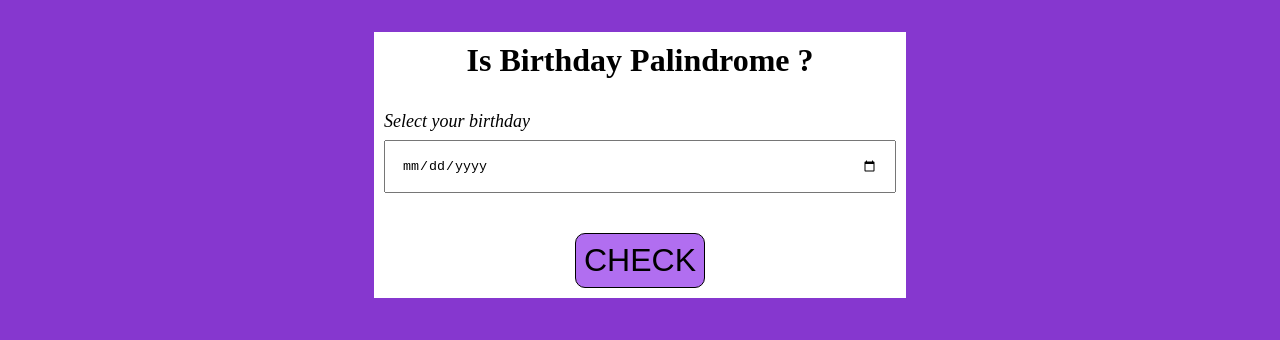
Repository: patelamancode/Palindrome-Birthday
Page: index.html
These files come from the project's save history. The page is drawn as it stood at one moment and after the next save; the edit follows.
The browser window is 1280 px wide. The pictures show the whole page.

Above is the page before, as saved 2022-12-02 20:01:38.

### index.html
<!DOCTYPE html>
<html lang="en">
<head>
    <meta charset="UTF-8">
    <meta http-equiv="X-UA-Compatible" content="IE=edge">
    <meta name="viewport" content="width=device-width, initial-scale=1.0">
    <link rel="stylesheet" href="index.css">
    <title>Is Birthday A Palindrome</title>
</head>
<body>
    <div id="main-container">
        <h1>Is Birthday Palindrome ?</h1>
        <label for="birth date">Select your birthday</label>
        <input type="date" id="selected-dob" />
        <button id="check-btn">CHECK</button>
        <h2 id="result-display">Hey Result is here</h2>
    </div>
    <script src="index.js"></script>
</body>
</html>

### index.css
* {
    margin: 0;
    padding: 0;
  }
  body {
    background-color: rgb(134, 55, 207);
  }

  #main-container {
    background-color: white;
    display: flex;
    flex-direction: column;
    width: 40vw;
    margin: auto;
    margin-top: 2rem;
    padding: 10px;
    text-align: center;
    box-shadow: 3px 3px rgb(175, 120, 120), -1em -1em -1em olive;
  }

  .app-title {
    margin: 2rem 0;
  }

  label {
    width: auto;
    text-align: left;
    font-style: italic;
    font-size: large;
    margin-top: 2rem;
    margin-bottom: 0.5rem;
  }

  input{
     padding: 1rem;
  }

  button {
    margin: auto;
    margin-top: 2.5rem;
    padding: 0.5rem;
    font-size: 2rem;
    font-weight: 500;
     font-weight: 300;
    border: 1px solid;
    background-color: rgb(177, 110, 240);
    border-radius: 10px;
  }
  #result-display {
    display: none;
    padding-top: 1rem;
    font-style: italic;
    margin: auto;
  }

### index.js
var dob = document.querySelector('#selected-dob');
var checkBtn = document.querySelector('#check-btn');
var result = document.querySelector('#result-display');

function reverseString(str) {
    return str.split("").reverse().join("");
}

function isPalindrome(str) {
    return str === reverseString(str);
}

function dateString(date) {
    var dateStr = {
        day: "",
        month: "",
        year: ""
    };
    if (date.day < 10) dateStr.day = "0" + date.day;
    else dateStr.day = date.day.toString();

    if (date.month < 10) dateStr.month = "0" + date.month;
    else dateStr.month = date.month.toString();

    dateStr.year = date.year.toString();
    return dateStr;
}

function dateAllVariations(date) {
    var ddmmyyyy = date.day + date.month + date.year;
    var mmddyyyy = date.month + date.day + date.year;
    var yyyymmdd = date.year + date.month + date.day;
    var ddmmyy = date.day + date.month + date.year.slice(-2);
    var mmddyy = date.month + date.day + date.year.slice(-2);
    var yymmdd = date.year.slice(-2) + date.month + date.day;

    return [ddmmyyyy, mmddyyyy, yyyymmdd, ddmmyy, mmddyy, yymmdd];
}

function checkPalindromesForAllDateFormats(date) {
    var listOfDates = dateAllVariations(date);
    var flag = false;

    for (let i = 0; i < listOfDates.length; i++)
        if (isPalindrome(listOfDates[i])) {
            flag = true;
            break;
        }
    return flag;
}

function isLeapYear(year) {
    if ((year % 4 === 0 && year % 100 !== 0) || year % 400 === 0) return true;
    return false;
}

function getNextDate(date) {
    var daysInMonths = [31, 28, 31, 30, 31, 30, 31, 31, 30, 31, 30, 31];

    var day = date.day + 1;
    var month = date.month;
    var year = date.year;

    if (month === 2)
        if (isLeapYear(year)) {
            if (day > 29) {
                day = 1;
                month = 3;
            }
        } else {
            if (day > 28) {
                day = 1;
                month = 3;
            }
        }
    else {
        if (day > daysInMonths[month - 1]) {
            day = 1;
            month++;
        }
    }

    if (month > 12) {
        day = 1;
        month = 1;
        year++;
    }
    return {
        day: day,
        month: month,
        year: year,
    };
}

function getPreviousDate(date) {
    var daysInMonths = [31, 28, 31, 30, 31, 30, 31, 31, 30, 31, 30, 31];

    var day = date.day - 1;
    var month = date.month;
    var year = date.year;

    if (month === 3)
        if (isLeapYear(year)) {
            if (day === 0) {
                day = 29;
                month = 2;
            }
        } else {
            if (day === 0) {
                day = 28;
                month = 2;
            }
        }
    else {
        if (day === 0) {
            month--;
            day = daysInMonths[month - 1];
        }
    }

    if (month === 0) {
        day = 31;
        month = 12;
        year--;
    }
    return {
        day: day,
        month: month,
        year: year,
    };
}

function getNextPalindrome(date) {
    var count = 0;
    var nextDate = getNextDate(date);

    while (1) {
        count++;
        var dateStr = dateString(nextDate);
        if (checkPalindromesForAllDateFormats(dateStr)) break;
        nextDate = getNextDate(nextDate);
    }
    return [count, nextDate];
}

function getLastPalindrome(date) {
    var count = 0;
    var previousDate = getPreviousDate(date);

    while (1) {
        count++;
        var dateStr = dateString(previousDate);
        if (checkPalindromesForAllDateFormats(dateStr)) break;
        previousDate = getPreviousDate(previousDate);
    }
    return [count, previousDate];
}

function forNearestPalindromeDate(date) {
    let dateInputValue = dob.value;
    let dateValue = dateInputValue.split('-');
    var date = {
        day: Number(dateValue[2]),
        month: Number(dateValue[1]),
        year: Number(dateValue[0])
    }

    let dateAsStr = dateString(date);
    let birthdayCheck = checkPalindromesForAllDateFormats(dateAsStr);

    if (birthdayCheck) {
        result.style.display = "flex";
        result.innerText = "Yoo !! Birthday is Palindrome.. Let's Party hard 🎉🎉";
    } else {
        let nextPalindromeDate = getNextPalindrome(date);
        let lastPalindromeDate = getLastPalindrome(date);

        let nextDays = nextPalindromeDate[0];
        let nextStrDate = dateString(nextPalindromeDate[1]);

        let lastDays = lastPalindromeDate[0];
        let lastStrDate = dateString(lastPalindromeDate[1]);

        // console.log(nextStrDate, lastStrDate);

        if(nextDays < lastDays){
            result.style.display = "flex";
            result.innerText = `Opps !! your are lagging with ${nextDays} days, and the next palindrome date is ${(nextStrDate.day)}/${(nextStrDate.month)}/${(nextStrDate.year)}, So please go and complain your parents 🤪`;
        }
        else{
            result.style.display = "flex";
            result.innerText = `Opps !! your are leading with ${lastDays} days, and the previous palindrome date is ${(lastStrDate.day)}/${(lastStrDate.month)}/${(lastStrDate.year)}, So please go and complain your parents 🤪`;
        }
    }

}

checkBtn.addEventListener('click', forNearestPalindromeDate);

After the next save:
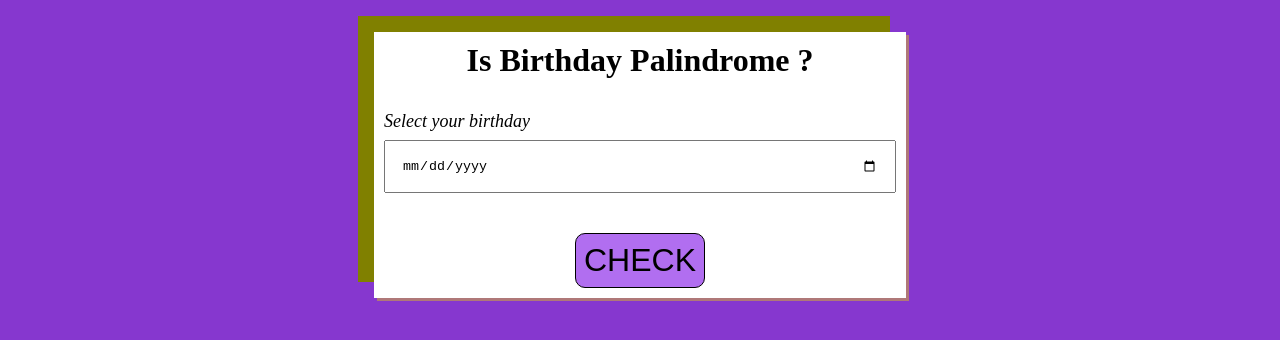
Saved 8 s later.
--- a/index.css
+++ b/index.css
@@ -15,7 +15,7 @@
     margin-top: 2rem;
     padding: 10px;
     text-align: center;
-    box-shadow: 3px 3px rgb(175, 120, 120), -1em -1em -1em olive;
+    box-shadow: 3px 3px rgb(175, 120, 120), -1em -1em olive;
   }
 
   .app-title {
